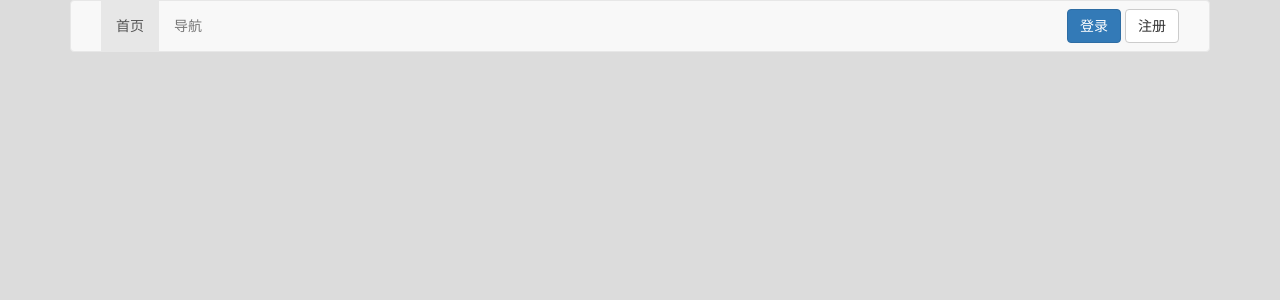
Repository: hhjswhh/JavaEE-experience
Page: http://localhost/SDUMap/Navbar.jsp
An editor plug-in stored every save of this project. The page is shown before and after the next save, followed by the edit.
The browser window is 1280 px wide. The pictures show the whole page.
The page is served by Tomcat 9.

Above is the page before, as saved 2017-05-03 11:54:32.

After the next save:
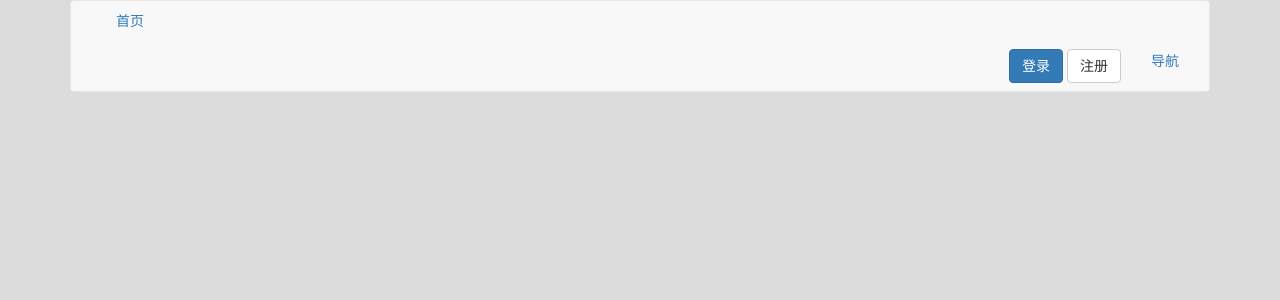
Saved 84 s later.
--- a/SDUMap/WebRoot/Navbar.jsp
+++ b/SDUMap/WebRoot/Navbar.jsp
@@ -26,6 +26,9 @@
 				<div class="container-fluid">
 					<!-- Collect the nav links, forms, and other content for toggling -->
 					<div class="collapse navbar-collapse" id="bs-example-navbar-collapse-1">
+						<div class="nav navbar-nav>
+
+						</div>
 						<ul class="nav navbar-nav">
 							<li class="active">
 								<a href="index.jsp">首页<span class="sr-only">(current)</span></a>

After the save that followed:
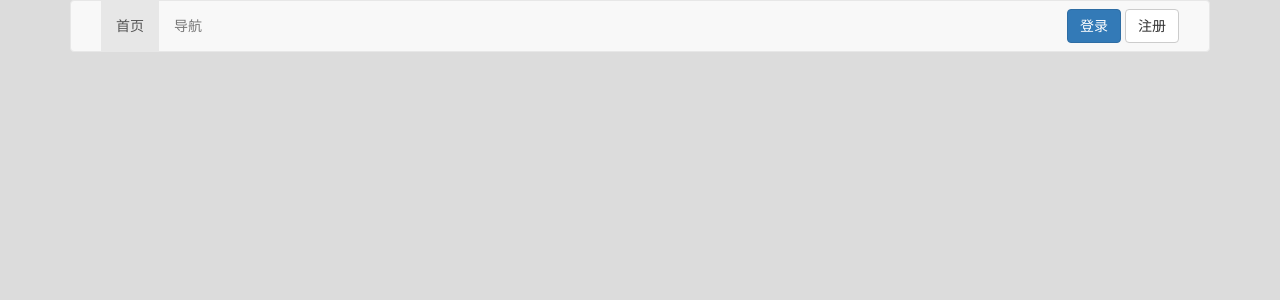
Saved 16 s later.
--- a/SDUMap/WebRoot/Navbar.jsp
+++ b/SDUMap/WebRoot/Navbar.jsp
@@ -26,7 +26,7 @@
 				<div class="container-fluid">
 					<!-- Collect the nav links, forms, and other content for toggling -->
 					<div class="collapse navbar-collapse" id="bs-example-navbar-collapse-1">
-						<div class="nav navbar-nav>
+						<div class="nav navbar-nav" >
 
 						</div>
 						<ul class="nav navbar-nav">
